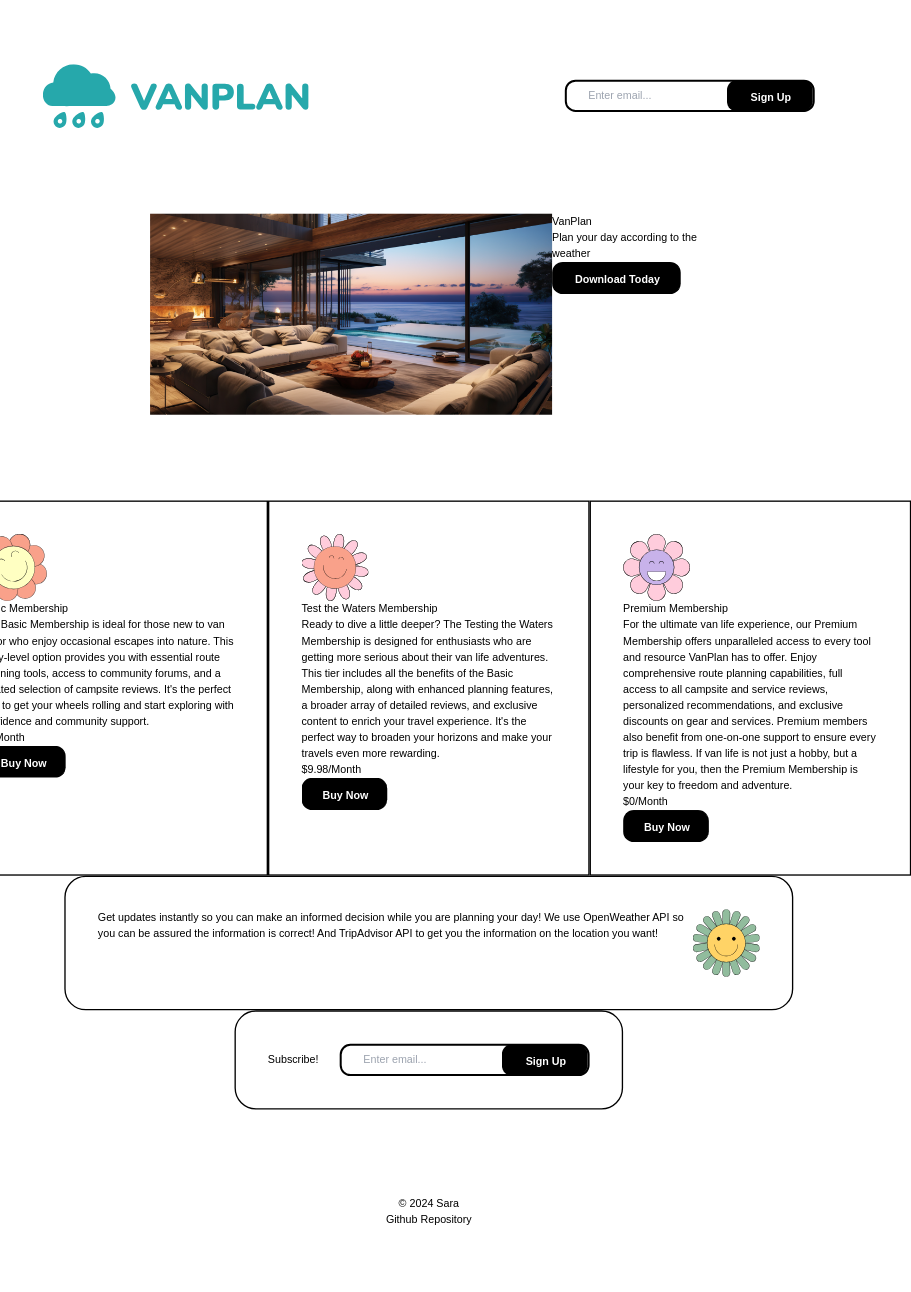
Repository: SaraShio/landing-page
Page: /
These files come from the project's save history. The page is drawn as it stood at one moment and after a run of saves; the edit follows.
The browser window is 1280 px wide. The page is 1360 px wide, so the pictures cover 1360 px, including what lies to the right of the window. The pictures show the whole page, at 67% of full size.
The project was rebuilt for these pictures with package versions that can differ from the ones it lists, and the page was loaded fresh each time. The framework's server and built-in components were replaced by stand-ins that run in the browser. Also part of the build but not shown: next.config.mjs.

Above is the page before, as saved 2024-03-06 00:10:23.

After the next 8 saves:
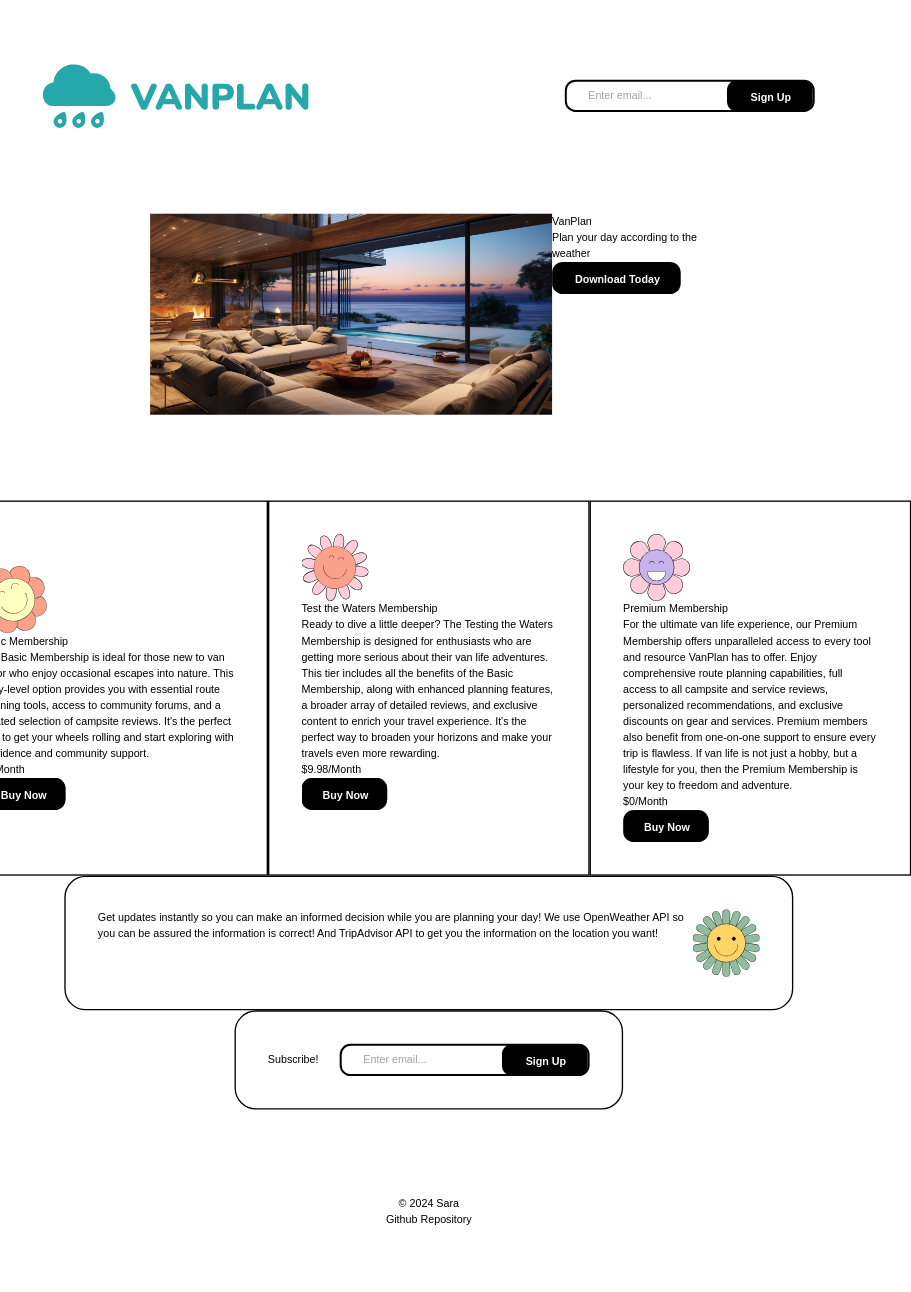
The 8 saves are shown as one change because they came seconds apart.
The last was saved 35 s later.
--- a/components/CardOne/CardOne.module.css
+++ b/components/CardOne/CardOne.module.css
@@ -2,6 +2,9 @@
     border: 2px solid var(--black);
     padding: var(--card-padding);
     width: 30rem;
+    display: flex;
+    flex-direction: column;
+    justify-content: center;
 }
 
 .buy_button{
